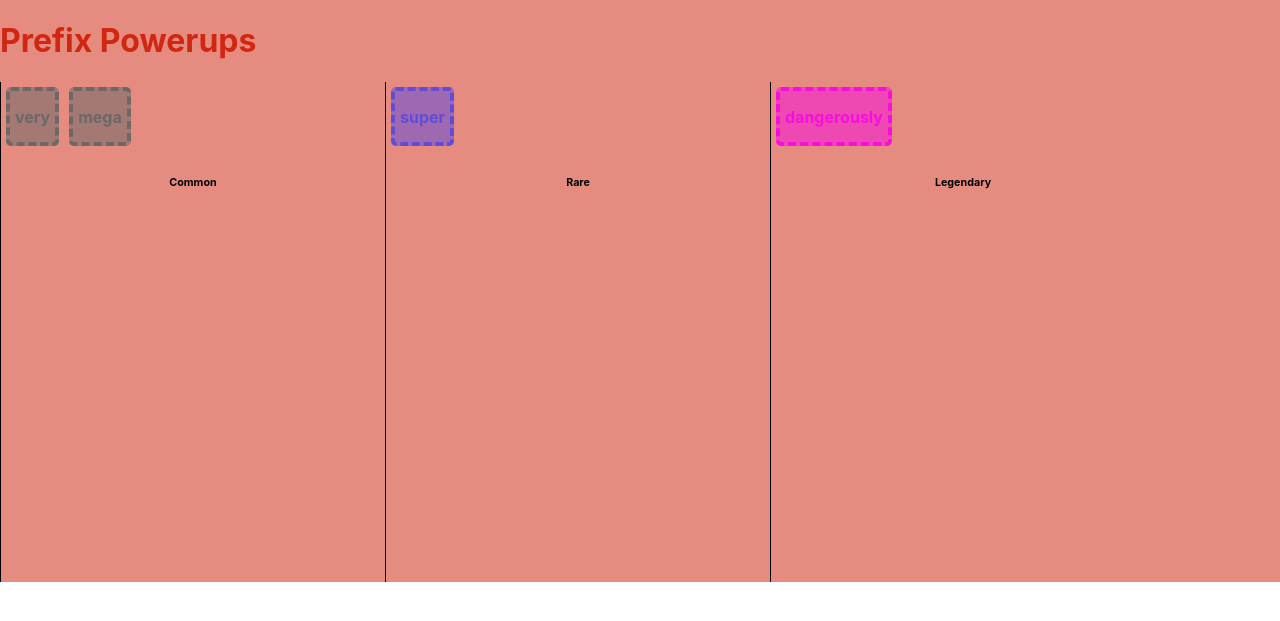
Repository: bsalgado98/buns-inator
Page: /
The author's editor kept a copy of each file at every save. The page is drawn from the files as they stood at one save, then again after the next save.
The browser window is 1280 px wide. The pictures show the whole page.
The project was rebuilt for these pictures with package versions that can differ from the ones it lists, and the page was loaded fresh each time.

Above is the page before, as saved 2022-04-25 22:39:19.

### src/index.css
body {
    margin: 0;
    padding: 0;
    font-family: -apple-system, BlinkMacSystemFont, 'Segoe UI', 'Roboto', 'Oxygen',
        'Ubuntu', 'Cantarell', 'Fira Sans', 'Droid Sans', 'Helvetica Neue',
        sans-serif;
    -webkit-font-smoothing: antialiased;
    -moz-osx-font-smoothing: grayscale;
}

code {
    font-family: source-code-pro, Menlo, Monaco, Consolas, 'Courier New', monospace;
}

### src/App.js
import './App.css';
import WordBank from './components/WordBank/WordBank'

function App() {
    const wordList = {
        prefixPowerups: [
            {
                sectionTitle: "Common",
                words: ['very', 'mega'],
                color: "#6b6867"
            },
            {
                sectionTitle: "Rare",
                words: ['super'],
                color: "#614cd9"
            },
            {
                sectionTitle: "Legendary",
                words: ['dangerously'],
                color: "#f50fde"
            }
        ]
    }

    return (
        <div className="App">
            <WordBank bankTitle='Prefix Powerups' color="#d12711" wordCollection={wordList.prefixPowerups}/>
        </div>
    );
}

export default App;

### src/components/WordBank/WordBank.js
import createWordSection from "../../utility/wordSection"

const WordBank = ({ bankTitle = "N/A", color = "#000000", wordCollection = [] }) => {
    const styles = {
        container: {
            style: {
                backgroundColor: `${color}88`,
                display: 'flex',
                flexDirection: 'column'
            }
        },
        title: {
            style: {
                color: color
            },
            container: {
                style: {
                    display: 'flex',
                    width: '100%'
                }
            }
        },
        collectionArea: {
            style: {
                display: 'flex'
            },
            section: {
                style: {
                    display: 'flex',
                    flexDirection: 'column',
                    width: '30%'
                },
                wordArea: {
                    style: {
                        display: 'flex'
                    }
                }
            }
        },
        divider: {
            style: {
                height: '500px',
                width: '1px',
                backgroundColor: 'black'
            }
        }
    }
    return (
        <div style={styles.container.style}>
            <div style={styles.title.container.style}>
                <h1 style={styles.title.style}>{bankTitle}</h1>
            </div>
            <div style={styles.collectionArea.style}>
                {wordCollection.map((section, i) => {
                    return (
                        <>
                            <span style={styles.divider.style}></span>
                            <div key={`section-${i}`} style={styles.collectionArea.section.style}>
                                <div style={styles.collectionArea.section.wordArea.style}>
                                    {createWordSection(section.words, section.color)}
                                </div>
                                <h6>{section.sectionTitle}</h6>
                            </div>
                        </>
                    )
                })}
            </div>
        </div>
    )
}

export default WordBank

### src/utility/wordSection.js
import WordCard from "../components/WordCard/WordCard";

function createWordSection(words, wordColor) {
    return words.map((word, i) => <WordCard key={`word-${i}`} text={word} color={wordColor} />)
}

export default createWordSection

### src/components/WordCard/WordCard.js
const WordCard = ({ text = "N/A", color = "#000000" }) => {
    const styles = {
        container: {
            style: {
                background: `${color}88`,
                display: 'flex',
                border: `4px dashed ${color}`,
                margin: '5px',
                padding: '5px',
                borderRadius: '5px'
            }
        },
        text: {
            style: {
                color: color,
                fontSize: '16px'
            }
        }
    }
    return (
        <div style={styles.container.style}>
            <h1 style={styles.text.style}>{text}</h1>
        </div>
    )
}

export default WordCard

Loaded but not shown: public/index.html (common file); src/index.js (common file); src/reportWebVitals.js (common file); src/App.css (common file)

After the next save:
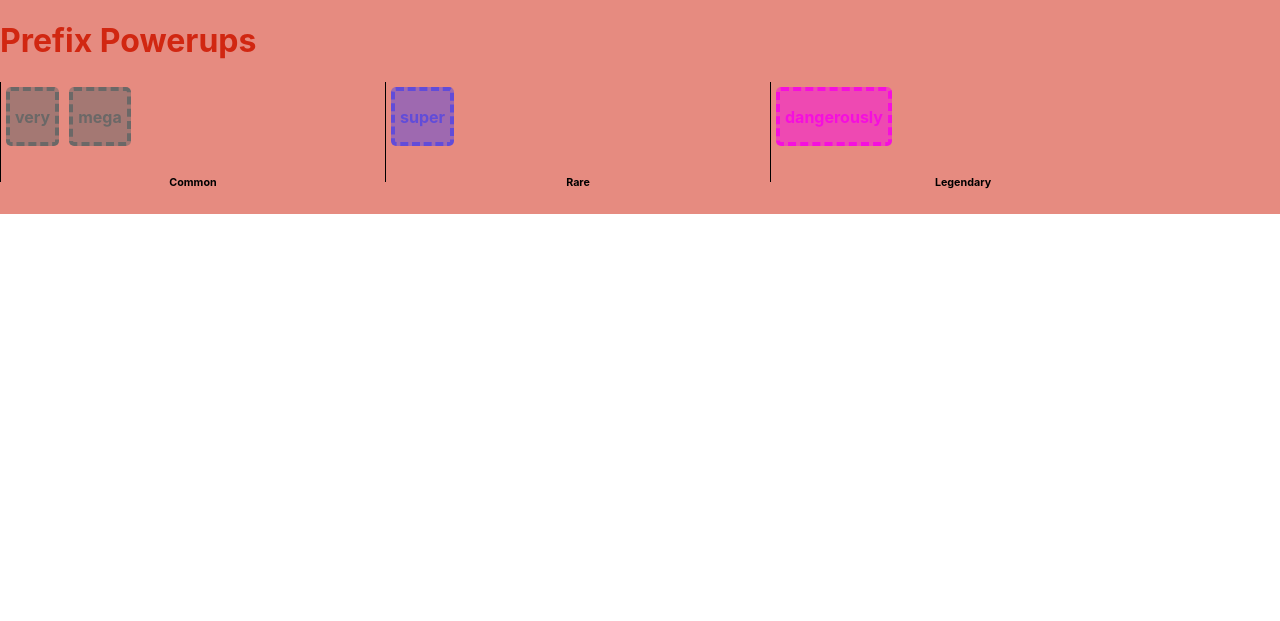
Saved 13 s later.
--- a/src/components/WordBank/WordBank.js
+++ b/src/components/WordBank/WordBank.js
@@ -39,7 +39,7 @@ const WordBank = ({ bankTitle = "N/A", color = "#000000", wordCollection = [] })
         },
         divider: {
             style: {
-                height: '500px',
+                height: '100px',
                 width: '1px',
                 backgroundColor: 'black'
             }
